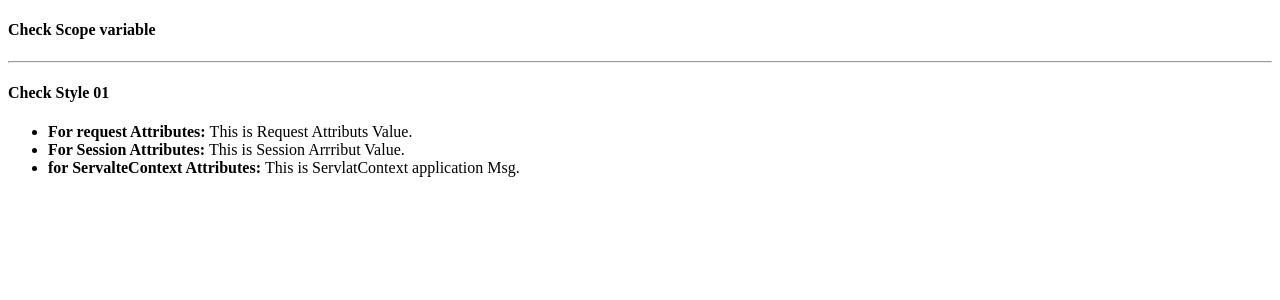
Repository: imrangthub/BlogUsingCoreJava
Page: http://localhost/StartingJsp_00/scopeVarCheck
The author's editor kept a copy of each file at every save. The page is drawn from the files as they stood at one save, then again after the next save.
The browser window is 1280 px wide. The pictures show the whole page.
The page is served by Tomcat 9. Other server files are loaded and not shown.

Above is the page before, as saved 2016-12-25 14:07:55.

### StartingJsp_00/WebContent/ExpressionLanguageOfJsp/scopeVarCheck1.jsp
<%@ page language="java" contentType="text/html; charset=ISO-8859-1"
    pageEncoding="ISO-8859-1"%>
<!DOCTYPE html PUBLIC "-//W3C//DTD HTML 4.01 Transitional//EN" "http://www.w3.org/TR/html4/loose.dtd">
<html>
<head>
<meta http-equiv="Content-Type" content="text/html; charset=ISO-8859-1">
<title>Scope Var | 1</title>
</head>
<body>
<h4>Check Scope variable</h4>
<hr/>
<h4>Check Style 01</h4>
<ul>
<li><b>For request Attributes: </b> ${ att1 } </li>
<li><b>For Session Attributes: </b> ${ att2 } </li>
<li><b>for ServalteContext Attributes: </b> ${ att3 } </li>
</ul>


</body>
</html>

### StartingJsp_00/src/ExpressionLanServalte/scopeVarCheck.java
package ExpressionLanServalte;

import java.io.IOException;

import javax.servlet.RequestDispatcher;
import javax.servlet.ServletContext;
import javax.servlet.ServletException;
import javax.servlet.annotation.WebServlet;
import javax.servlet.http.HttpServlet;
import javax.servlet.http.HttpServletRequest;
import javax.servlet.http.HttpServletResponse;
import javax.servlet.http.HttpSession;


/**
 * Servlet implementation class scopeVarCheck
 */
@WebServlet("/scopeVarCheck")
public class scopeVarCheck extends HttpServlet {
	private static final long serialVersionUID = 1L;

    /**
     * @see HttpServlet#HttpServlet()
     */
    public scopeVarCheck() {
        super();
        // TODO Auto-generated constructor stub
    }

	/**
	 * @see HttpServlet#doGet(HttpServletRequest request, HttpServletResponse response)
	 */
	protected void doGet(HttpServletRequest request, HttpServletResponse response) throws ServletException, IOException {
		HttpSession session = request.getSession(true);

		request.setAttribute("att1", "This is Request Attributs Value.");
		session.setAttribute("att2","This is Session Arrribut Value.");

		ServletContext application = getServletContext();
		application.setAttribute("att3", "This is ServlatContext application Msg.");

		request.setAttribute("same", "This is same name request Attributs");
		session.setAttribute("same", "This is same name Session Arrributs");

		application.setAttribute("same", "This is same name application msg.");








		RequestDispatcher dispatcher = request.getRequestDispatcher("ExpressionLanguageOfJsp/scopeVarCheck1.jsp");
		dispatcher.forward(request, response);


	}

	/**
	 * @see HttpServlet#doPost(HttpServletRequest request, HttpServletResponse response)
	 */
	protected void doPost(HttpServletRequest request, HttpServletResponse response) throws ServletException, IOException {
		// TODO Auto-generated method stub
	}

}

After the next save:
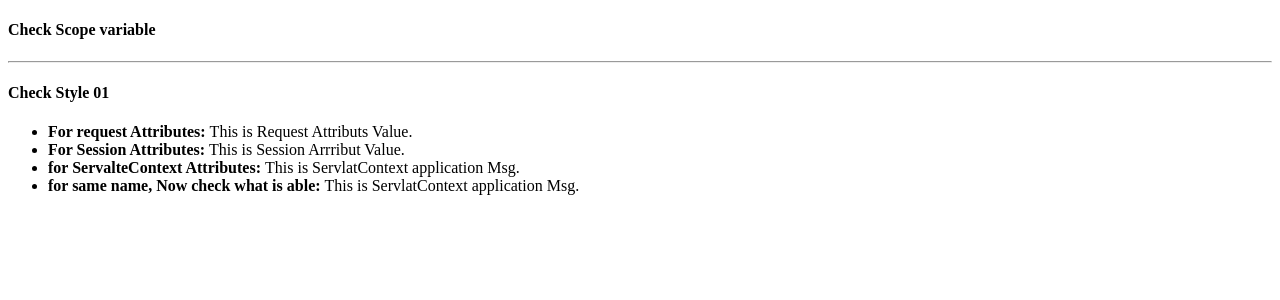
Saved 58 s later.
--- a/StartingJsp_00/WebContent/ExpressionLanguageOfJsp/scopeVarCheck1.jsp
+++ b/StartingJsp_00/WebContent/ExpressionLanguageOfJsp/scopeVarCheck1.jsp
@@ -14,6 +14,7 @@
 <li><b>For request Attributes: </b> ${ att1 } </li>
 <li><b>For Session Attributes: </b> ${ att2 } </li>
 <li><b>for ServalteContext Attributes: </b> ${ att3 } </li>
+<li><b>for same name, Now check what is able: </b> ${ att3 } </li>
 </ul>
 
 
